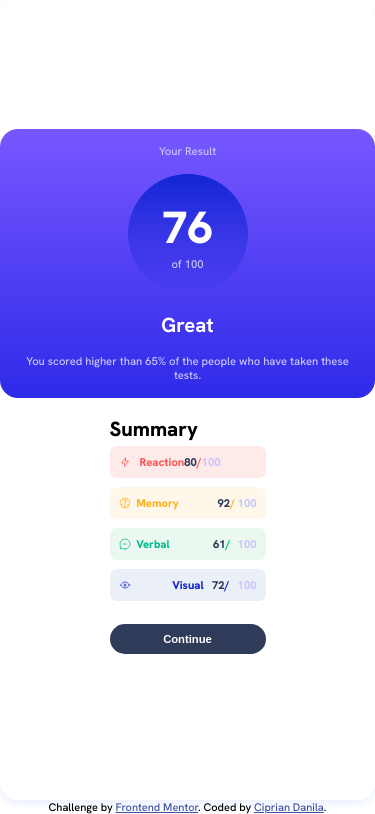
Repository: cipdanila/results-summary-component
Page: index.html
The author's editor kept a copy of each file at every save. The page is drawn from the files as they stood at one save, then again after the next save.
The browser window is 375 px wide. The pictures show the whole page.

Above is the page before, as saved 2024-02-05 20:27:03.

### index.html
<!DOCTYPE html>
<html lang="en">
    <head>
        <meta charset="UTF-8" />
        <meta name="viewport" content="width=device-width, initial-scale=1.0" />
        <!-- displays site properly based on user's device -->

        <link rel="icon" type="image/png" sizes="32x32" href="./assets/images/favicon-32x32.png" />
        <link rel="stylesheet" href="styles.css" />
        <title>Frontend Mentor | Results summary component</title>
    </head>
    <body>
        <main>
            <div class="card">
                <div class="result">
                    <p id="result-title">Your Result</p>
                    <div class="score-circle">
                        <div class="big-num">76</div>
                        <div class="small-text">of 100</div>
                    </div>
                    <h4>Great</h4>
                    <p>You scored higher than 65% of the people who have taken these tests.</p>
                </div>
                <div class="summary">
                    <p id="summary">Summary</p>
                    <div class="reaction">
                        <img src="./assets/images/icon-reaction.svg" alt="raction icon" />
                        <p>Reaction <span class="percent">80</span>/<span class="hundred">100</span></p>
                    </div>
                    <div class="memory">
                        <img src="./assets/images/icon-memory.svg" alt="memory icon" />
                        <p>Memory</p> <span class="percent">92</span> / <span class="hundred">100</span>
                    </div>
                    <div class="verbal">
                        <img src="./assets/images/icon-verbal.svg" alt="verbal icon" />
                        <p>Verbal</p> <span class="percent">61</span> / <span class="hundred">100</span>
                    </div>
                    <div class="visual">
                        <img src="./assets/images/icon-visual.svg" alt="visual icon" />
                        <p></p>Visual <span class="percent">72</span> / <span class="hundred">100</span>
                    </div>
                    <button class="continue" type="button">Continue</button>
                </div>
            </div>
        </main>

        <footer>
            <div class="attribution">
                Challenge by
                <a
                    href="https://www.frontendmentor.io/challenges/results-summary-component-CE_K6s0maV/hub"
                    target="_blank"
                    rel="noopener noreferer"
                    >Frontend Mentor</a
                >. Coded by <a href="https://github.com/cipdanila" target="_blank" rel="noopener noreferer">Ciprian Danila</a>.
            </div>
        </footer>
    </body>
</html>

### styles.css
@import url("https://fonts.googleapis.com/css2?family=Hanken+Grotesk:wght@500;700;800&display=swap");

:root {
    /* Colors */
    /* Primary */
    --light-red: hsl(0, 100%, 67%);
    --orange-yellow: hsl(39, 100%, 56%);
    --green-teal: hsl(166, 100%, 37%);
    --cobalt-blue: hsl(234, 85%, 45%);
    /* Gradients */
    --light-slate-blue: hsl(252, 100%, 67%); /*  (background) */
    --light-royal-blue: hsl(241, 81%, 54%); /* (background) */

    --violet-blue: hsla(256, 72%, 46%, 1); /* (circle) */
    --persian-blue: hsla(241, 72%, 46%, 0); /* (circle) */
    /* Neutral */
    --white: hsl(0, 0%, 100%);
    --pale-blue: hsl(221, 100%, 96%);
    --light-lavender: hsl(241, 100%, 89%);
    --dark-gray-blue: hsl(224, 30%, 27%);
}

*,
*::after,
*::before {
    margin: 0;
    padding: 0;
    box-sizing: border-box;
}

body,
html {
    height: 100%;
    font-family: "Hanken Grotesk", sans-serif;
    font-size: 1.125rem; /* 18px */
    font-weight: 300;
    background-color: var(--white);
}

main {
    display: flex;
    justify-content: center;
    align-items: center;
    height: 100%;
}

.card {
    max-width: 375px;
    border-radius: 1rem;
    box-shadow: 0 4px 8px 0 var(--pale-blue);
    display: flex;
    justify-content: center;
    align-items: center;
    background-color: var(--white);
}

.result {
    width: 50%;
    display: flex;
    flex-direction: column;
    justify-content: center;
    align-items: center;
    background: linear-gradient(to bottom, var(--light-slate-blue) 0%, var(--light-royal-blue) 100%);
    color: var(--white);
    border-radius: 1rem;
}

.title {
    padding: 1.25rem;
    font-weight: 800;
    font-size: 0.75rem;
}

.result .title {
    color: var(--light-lavender);
}

.score-circle {
    width: 120px;
    height: 120px;
    border-radius: 50%;
    background: linear-gradient(to bottom, var(--cobalt-blue) 0%, var(--persian-blue) 100%);
    display: flex;
    flex-direction: column;
    justify-content: center;
    align-items: center;
}

.big-num {
    font-size: 2.5rem;
    font-weight: 800;
}

.small-text {
    font-size: 0.625rem;
    color: var(--light-lavender);
}

.result h4 {
    padding-top: 1rem;
}

.result p {
    font-size: 0.625rem;
    color: var(--light-lavender);
    padding: 0.875rem;
    text-align: center;
}

.summary {
    width: 50%;
    height: auto;
    display: flex;
    flex-direction: column;
    justify-content: center;
    padding: 1rem 0.875rem 0 0.875rem;
    font-weight: 800;
}

.summary .title {
    padding: 0 0 1rem 0;
    font-size: 0.75rem;
    font-weight: 800;
    color: var(--dark-gray-blue);
}

.summary div {
    width: 100%;
    padding: 0.5rem;
    margin: 0.25rem 0;
    font-size: 0.625rem;
    display: flex;
    justify-content: space-between;
    align-items: center;
    border-radius: 0.375rem;
}

.summary div img {
    margin-right: 0.313rem;
    width: 12px;
}

.summary div p {
    display: flex;
    justify-content: flex-start;
    align-items: center;
    padding-right: 2rem;
}

.summary div span {
    margin-left: auto;
}

.summary .percent {
    color: var(--dark-gray-blue);
}

.summary .hundred {
    color: var(--light-lavender);
}

.summary .reaction {
    background-color: rgba(255, 51, 51, 0.1);
    color: var(--light-red);
}

.summary .memory {
    background-color: rgba(255, 187, 51, 0.1);
    color: var(--orange-yellow);
}

.summary .verbal {
    background-color: rgba(51, 187, 102, 0.1);
    color: var(--green-teal);
}

.summary .visual {
    background-color: rgba(51, 102, 187, 0.1);
    color: var(--cobalt-blue);
    border-radius: 0.375rem;
}

button {
    width: 100%;
    padding: 0.5rem;
    margin: 1rem auto;
    display: flex;
    justify-content: center;
    align-items: center;
    color: var(--white);
    background-color: var(--dark-gray-blue);
    font-size: 0.625rem;
    font-weight: 700;
    border-radius: 1rem;
    border: none;
    cursor: pointer;
}

button:hover {
    background: linear-gradient(to bottom, var(--light-slate-blue) 0%, var(--light-royal-blue) 100%);
}

.attribution {
    font-size: 11px;
    text-align: center;
}

.attribution a {
    color: hsl(228, 45%, 44%);
}

@media(max-width:375px) {
    .card {
        min-height: 100vh;
        display: flex;
        flex-direction: column;
    }

    .result {
        width: 100%;
    }

    .
}

After the next save:
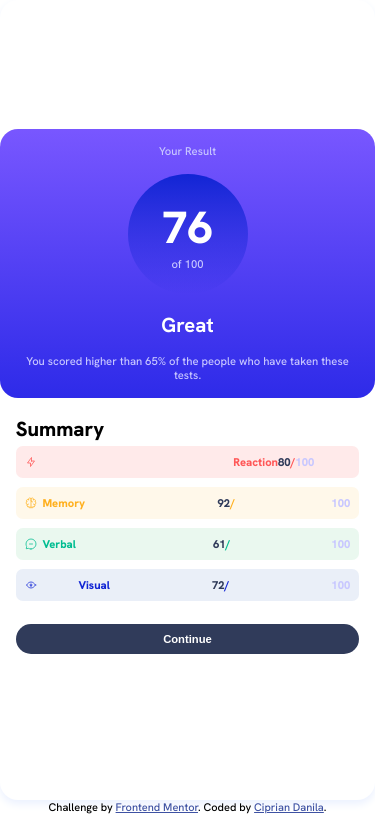
Saved 15 s later.
--- a/styles.css
+++ b/styles.css
@@ -220,5 +220,7 @@
         width: 100%;
     }
 
-    .
-}
+    .summary {
+        width: 100%;
+    }
+}
